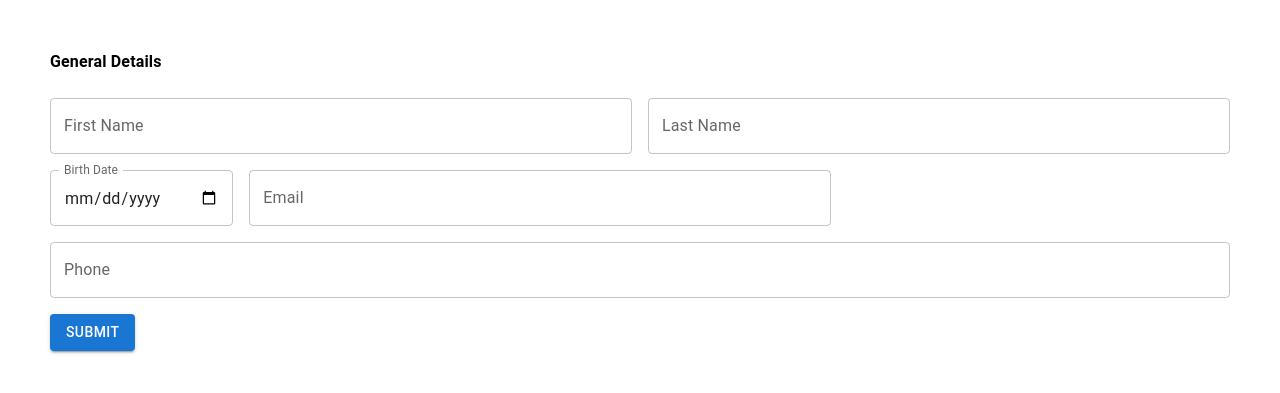
Repository: lenx0/front-client-manager
Page: /
These files come from the project's save history. The page is drawn as it stood at one moment and after the next save; the edit follows.
The browser window is 1280 px wide. The pictures show the whole page.
The project was rebuilt for these pictures with package versions that can differ from the ones it lists, and the page was loaded fresh each time. Also part of the build but not shown: vite.config.js, src/App.css.

Above is the page before, as saved 2024-06-25 11:30:51.

### index.html
<!doctype html>
<html lang="en">
  <head>
    <meta charset="UTF-8" />
    <meta name="viewport" content="width=device-width, initial-scale=1.0" />
    <title>Client Manager</title>
  </head>
  <body>
    <div id="root"></div>
    <script type="module" src="/src/main.jsx"></script>
  </body>
</html>

### src/App.jsx
import { Box } from '@mui/material'
import './App.css'
import UserForm from './components/UserForm'

function App() {

  return (
    <Box sx={{ padding: '50px' }}>
      <UserForm />
    </Box>
  )
}

export default App

### src/components/UserForm.jsx
import React from 'react';
import { useForm } from 'react-hook-form';
import CustomInput from './CustomInput';
import { Button, Grid, Typography } from '@mui/material';
import axios from 'axios';

const UserForm = () => {
  const { handleSubmit, control, reset } = useForm();

  const onSubmit = async (data) => {
    try {
      const response = await axios.post('http://localhost:3100/v1/users/create', data);
      console.log('Dados enviados com sucesso:', response.data);
      reset();
    } catch (error) {
      console.error('Erro ao enviar dados:', error);
    }
  };

  return (
    <Grid>
      <Typography fontWeight={700} pb={3}>
        General Details
      </Typography>
    <form onSubmit={handleSubmit(onSubmit)}>
      <Grid container spacing={2}>
        <Grid item xs={6}>
          <CustomInput
            name="firstName"
            control={control}
            label="First Name"
            rules={{ required: 'First name is required' }}
          />
        </Grid>
        <Grid item xs={6}>
          <CustomInput
            name="lastName"
            control={control}
            label="Last Name"
            rules={{ required: 'Last name is required' }}
          />
        </Grid>
        <Grid item xs={2}>
          <CustomInput
            name="birthDate"
            control={control}
            label="Birth Date"
            placeHolder="none"
            type="date"
            rules={{ required: 'Birth date is required' }}
            defaultValue=""
          />
        </Grid>
        <Grid item xs={6}>
          <CustomInput
            name="email"
            control={control}
            label="Email"
            type="email"
            rules={{
              required: 'Email is required',
              pattern: {
                value: /^[a-zA-Z0-9_.+-]+@[a-zA-Z0-9-]+\.[a-zA-Z0-9-.]+$/,
                message: 'Enter a valid email address',
              },
            }}
          />
        </Grid>
        <Grid item xs={12}>
          <CustomInput
            name="phone"
            control={control}
            label="Phone"
            rules={{ required: 'Phone number is required' }}
          />
        </Grid>
        <Grid item xs={12}>
          <Button type="submit" variant="contained" color="primary">
            Submit
          </Button>
        </Grid>
      </Grid>
    </form>
    </Grid>
  );
};

export default UserForm;

### src/components/CustomInput.jsx
import React from 'react';
import { Controller } from 'react-hook-form';
import TextField from '@mui/material/TextField';

const CustomInput = ({ name, control, label, type = 'text', rules, defaultValue = '' }) => {
  return (
    <Controller
      name={name}
      control={control}
      defaultValue={defaultValue}
      rules={rules}
      render={({ field, fieldState: { error } }) => (
        <TextField
          {...field}
          label={label}
          type={type}
          error={!!error}
          helperText={error ? error.message : null}
          variant="outlined"
          InputLabelProps={type === 'date' ? { shrink: true } : {}}
          fullWidth
        />
      )}
    />
  );
};

export default CustomInput;

Loaded but not shown: src/main.jsx (common file); src/index.css (common file)

After the next save:
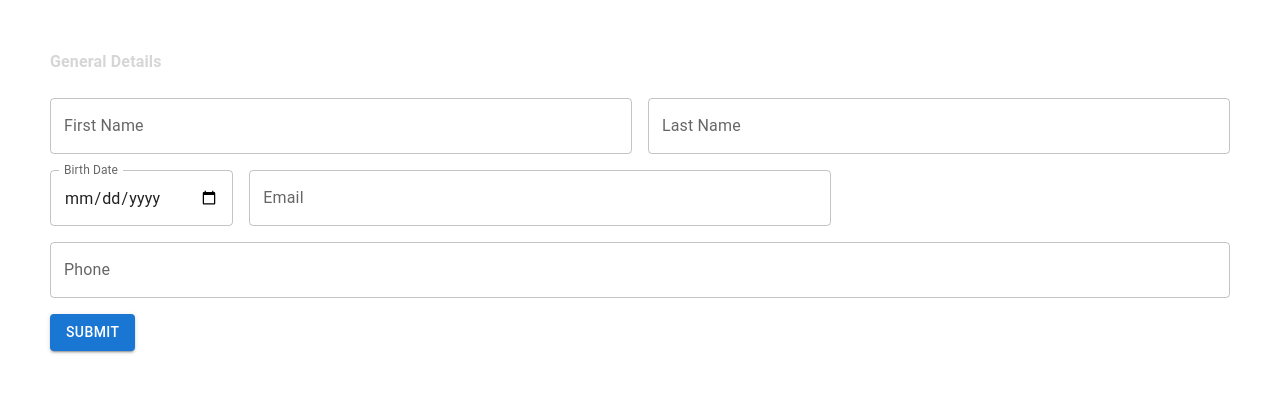
Saved 20 s later.
--- a/src/components/UserForm.jsx
+++ b/src/components/UserForm.jsx
@@ -19,7 +19,7 @@ const UserForm = () => {
 
   return (
     <Grid>
-      <Typography fontWeight={700} pb={3}>
+      <Typography fontWeight={700} pb={3} color="#3333">
         General Details
       </Typography>
     <form onSubmit={handleSubmit(onSubmit)}>
